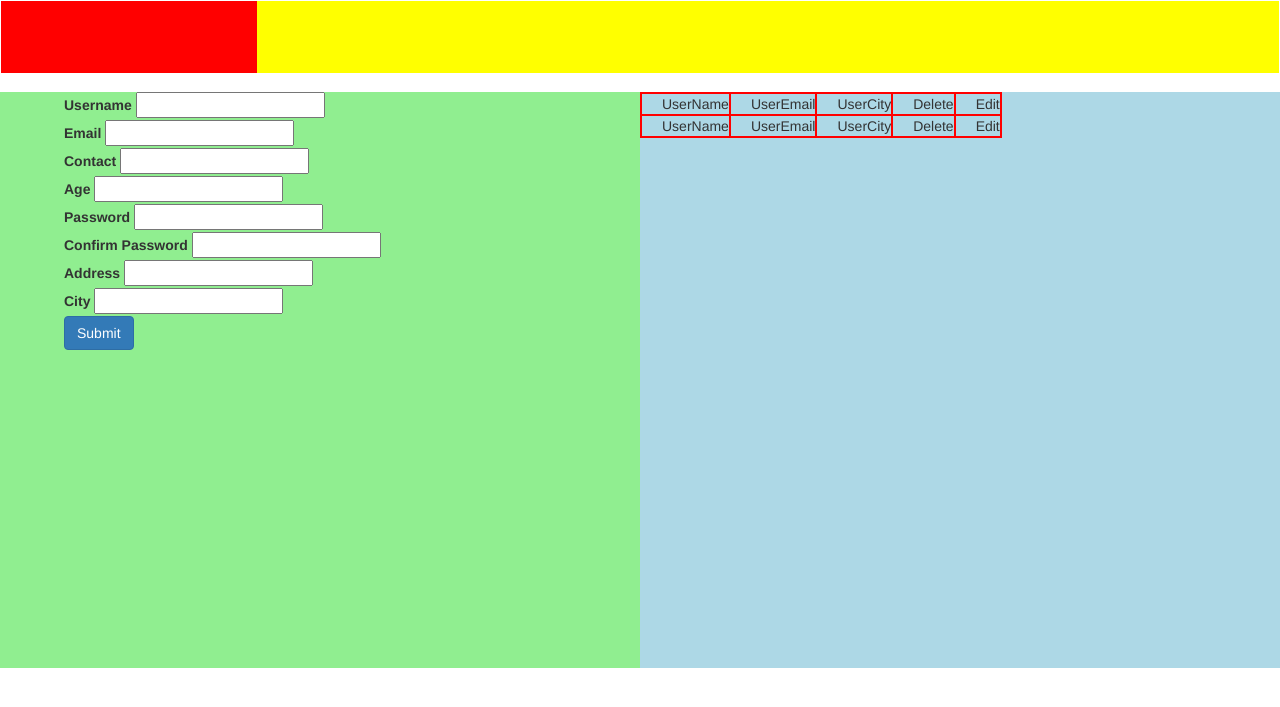
Repository: sonofvanu/crudoperations
Page: http://localhost/frontend/WEB-INF/my pages/register.jsp
The author's editor kept a copy of each file at every save. The page is drawn from the files as they stood at one save, then again after the next save.
The browser window is 1280 px wide. The pictures show the whole page.
The page is served by Tomcat 9. Nobody is signed in. Other server files are loaded and not shown. The template is opened directly, without the code that normally fills it, so the values that code supplies are empty.

Above is the page before, as saved 2018-03-11 09:05:44.

### frontend/src/main/webapp/WEB-INF/my pages/register.jsp
<%@taglib uri = "http://www.springframework.org/tags/form" prefix = "form"%>

<%@ page language="java" contentType="text/html; charset=ISO-8859-1"
    pageEncoding="ISO-8859-1"%>
<!DOCTYPE html PUBLIC "-//W3C//DTD HTML 4.01 Transitional//EN" "http://www.w3.org/TR/html4/loose.dtd">
<html>
<head>
  <title>Bootstrap Example</title>
  <meta charset="utf-8">
  <meta name="viewport" content="width=device-width, initial-scale=1">
  <link rel="stylesheet" href="https://maxcdn.bootstrapcdn.com/bootstrap/3.3.7/css/bootstrap.min.css">
  <script src="https://ajax.googleapis.com/ajax/libs/jquery/3.3.1/jquery.min.js"></script>
  <script src="https://maxcdn.bootstrapcdn.com/bootstrap/3.3.7/js/bootstrap.min.js"></script>

  <style type="text/css">
  .navbar{
  width:100vw;
  height:10vh;
  display:flex;

  }
  .logopart{
  width:20vw;
  height:10vh;
  background-color:red;
  }
  .linkpart{
  width:80vw;
  height:10vh;
  background-color:yellow;
  }
  .leftcontent
  {
  width:50vw;
  height:80vh;
  background-color:lightgreen;

  }
  .rightcontent
  {
  width:50vw;
  height:80vh;
  background-color:lightblue;

  }

  .formcontent{
  display:flex;
  width:100vw;
  height:80vh;
  }
  .signupform{
  padding-left:5vw;
  }
  table tbody tr td{
  border: 2px;border-width: 2px;border-color: red;
  border-style: double;
  }

 tr td{
  padding-left: 20px;
  }
  </style>
</head>
<body>

<div class="navbar">
<div class="logopart">
</div>
<div class="linkpart">
</div>
</div>
<div class="formcontent">
<div class="leftcontent">


<form:form class="signupform" modelAttribute="userModelAgent" action="signup">
<label>Username</label>
<form:input type="text" path="userName"></form:input>
<br>
<label>Email</label>
<form:input type="email" path="userEmail" ></form:input>
<br>
<label>Contact</label>
<form:input type="text" path="userContact"></form:input>
<br>
<label>Age</label>
<form:input type="number" path="userAge"></form:input>
<br>
<label>Password</label>
<form:input type="password" path="userPassword"></form:input>
<br>
<label>Confirm Password</label>
<form:input type="password" path="userConfirmPassword"></form:input>
<br>
<label>Address</label>
<form:input type="text" path="userAddress"></form:input>
<br>
<label>City</label>
<form:input type="text" path="userCity"></form:input>
<br>
<input type="submit" class="btn btn-primary">
</form:form>
</div>
<div class="rightcontent">
<table>
<tbody style="border: 2px;border-width: 2px;border-color: red;">
<tr>
<td>UserName</td>
<td>UserEmail</td>
<td>UserCity</td>
<td>Delete</td>
<td>Edit</td>
</tr>
<tr>
<td>UserName</td>
<td>UserEmail</td>
<td>UserCity</td>
<td>Delete</td>
<td>Edit</td>
</tr>
</tbody>
</table>

</div>
</div>






<div class="footer">

</div>

</body>
</html>

After the next save:
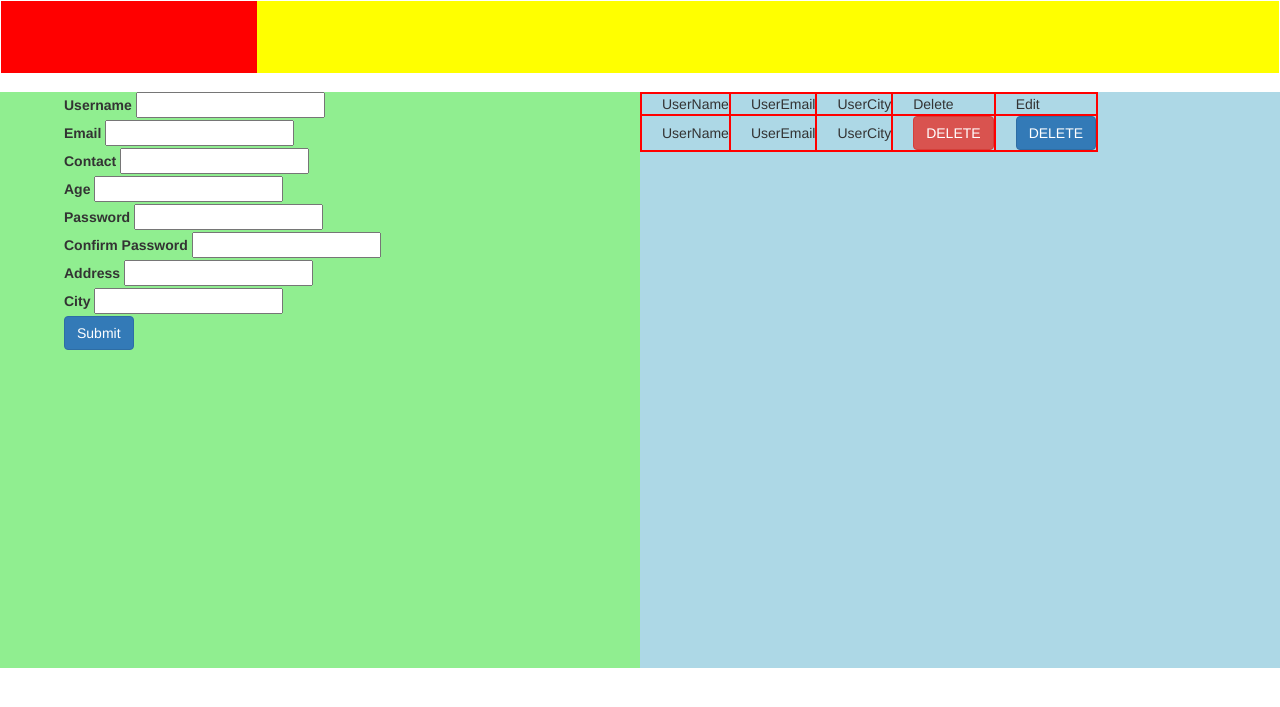
Saved 91 s later.
--- a/frontend/src/main/webapp/WEB-INF/my pages/register.jsp
+++ b/frontend/src/main/webapp/WEB-INF/my pages/register.jsp
@@ -116,8 +116,8 @@
 <td>UserName</td>
 <td>UserEmail</td>
 <td>UserCity</td>
-<td>Delete</td>
-<td>Edit</td>
+<td><button class="btn btn-danger">DELETE</button></td>
+<td><button class="btn btn-primary">DELETE</button></td>
 </tr>
 </tbody>
 </table>
